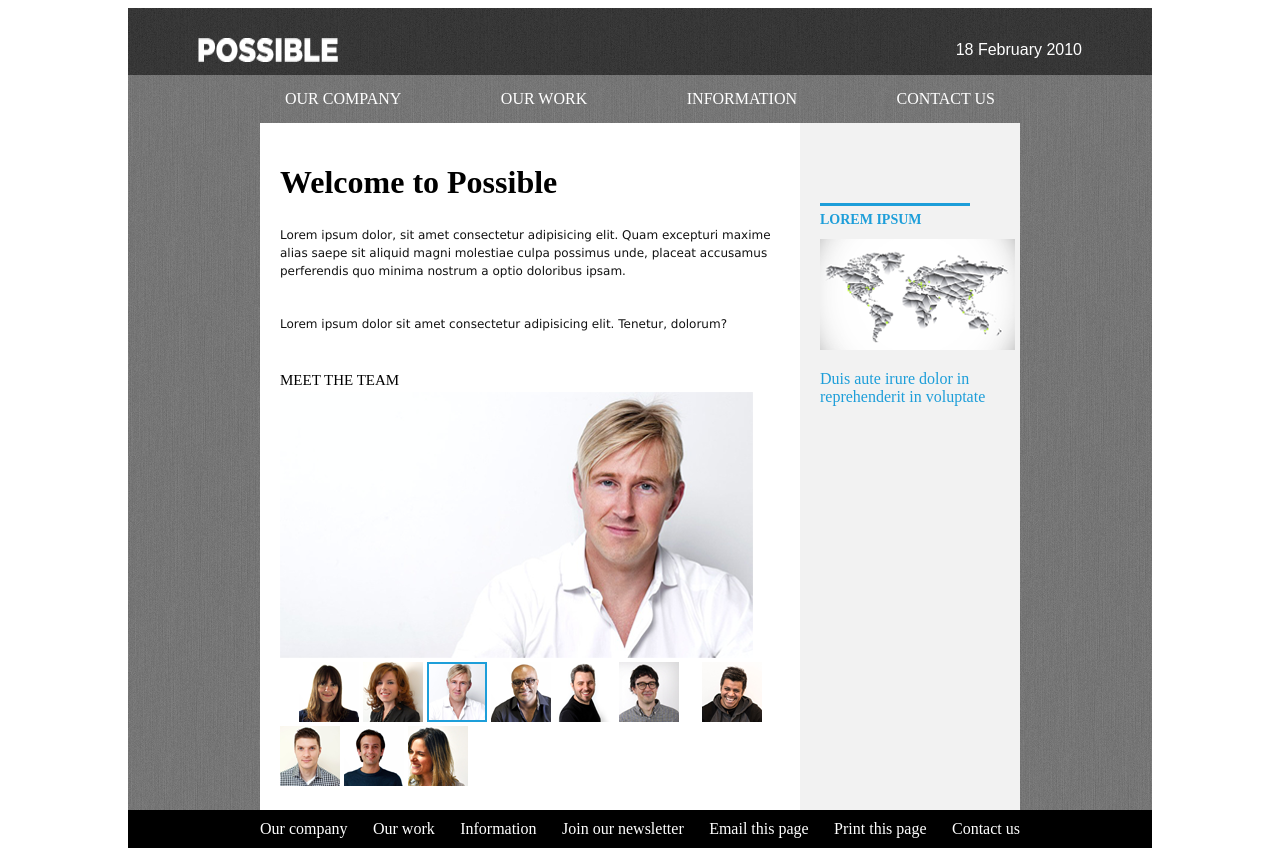
Repository: grzegorzgebala/possible-site
Page: index.html
These files come from the project's save history. The page is drawn as it stood at one moment and after the next save; the edit follows.
The browser window is 1280 px wide. The pictures show the whole page.
The style sheet was rebuilt from its Sass, Less or Tailwind sources for each picture, by a compiler version that may differ from the author's.

Above is the page before, as saved 2020-02-15 23:22:26.

After the next save:
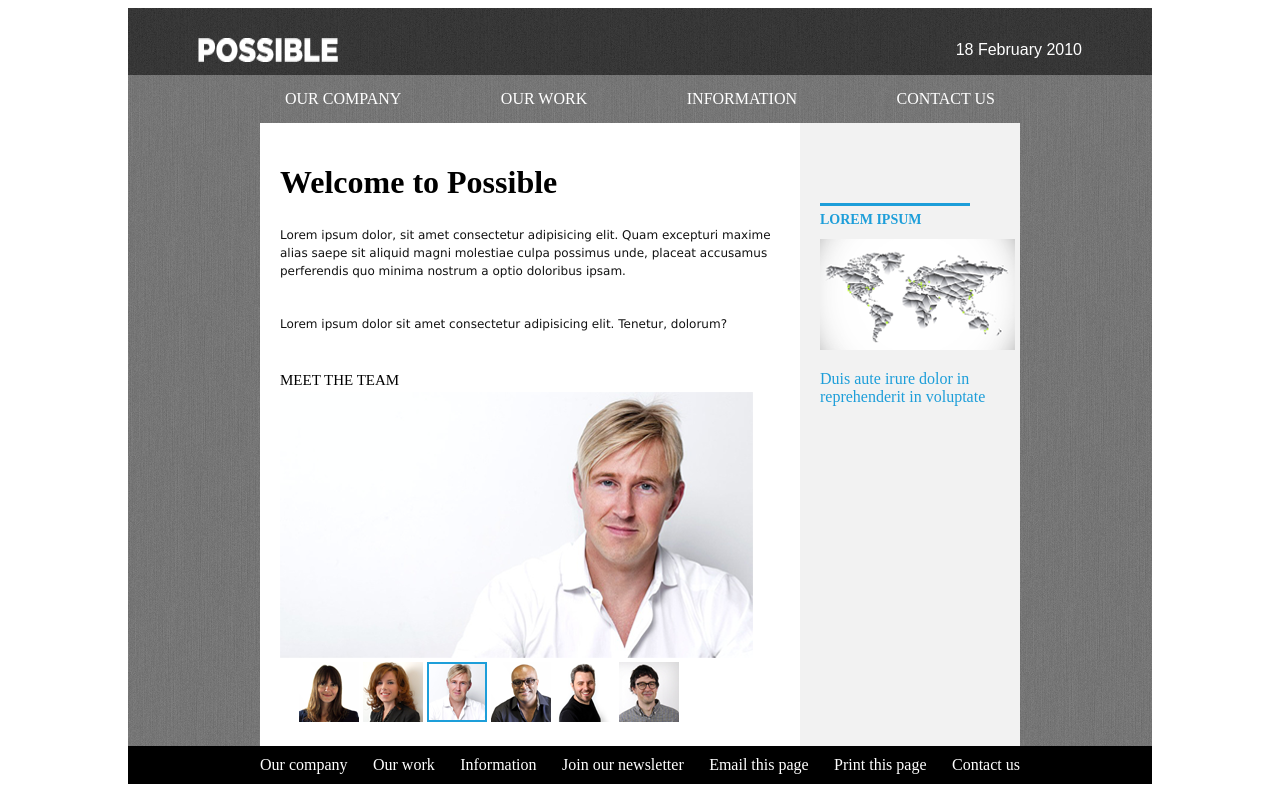
Saved 10 s later.
--- a/index.html
+++ b/index.html
@@ -36,10 +36,10 @@
                             <img src="/images/employees/min5.png" alt="person5">
                             <img src="/images/employees/min6.png" alt="person6">
                             <img src="/images/icons/rightArrow.png" alt="rightArrow">
-                            <img src="/images/employees/min7.png" alt="person7">
+                            <!-- <img src="/images/employees/min7.png" alt="person7">
                             <img src="/images/employees/min8.png" alt="person8">
                             <img src="/images/employees/min9.png" alt="person9">
-                            <img src="/images/employees/min10.png" alt="person10">
+                            <img src="/images/employees/min10.png" alt="person10"> -->
                         </div>
                     </div>
                 </div>
